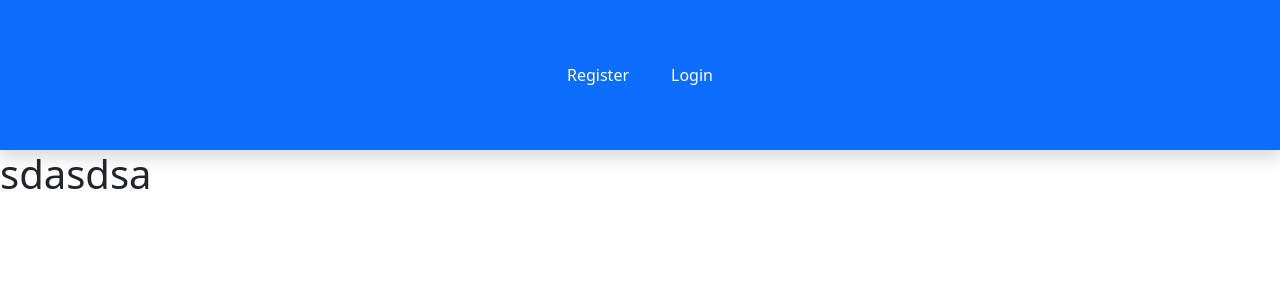
Repository: loveleii/firebase-login-logout
Page: /
An editor plug-in stored every save of this project. The page is shown before and after the next save, followed by the edit.
The browser window is 1280 px wide. The pictures show the whole page.
The project was rebuilt for these pictures with package versions that can differ from the ones it lists, and the page was loaded fresh each time. Also part of the build but not shown: vite.config.ts, src/views/loginView.vue, src/assets/main.css.

Above is the page before, as saved 2023-03-04 19:29:28.

After the next save:
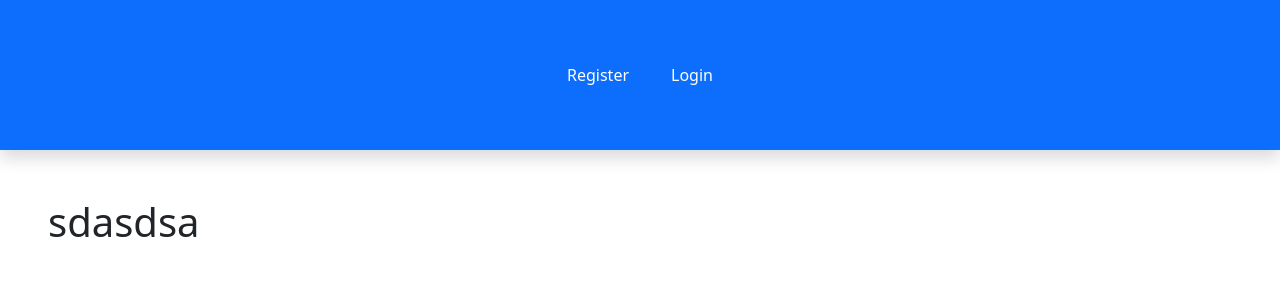
Saved 5 s later.
--- a/src/App.vue
+++ b/src/App.vue
@@ -14,7 +14,7 @@ import { RouterLink, RouterView } from 'vue-router'
             </div>
         </header>
     </div>
-    <div class="center-container">
+    <div class="center-container m-5">
       <RouterView />
     </div>
 
